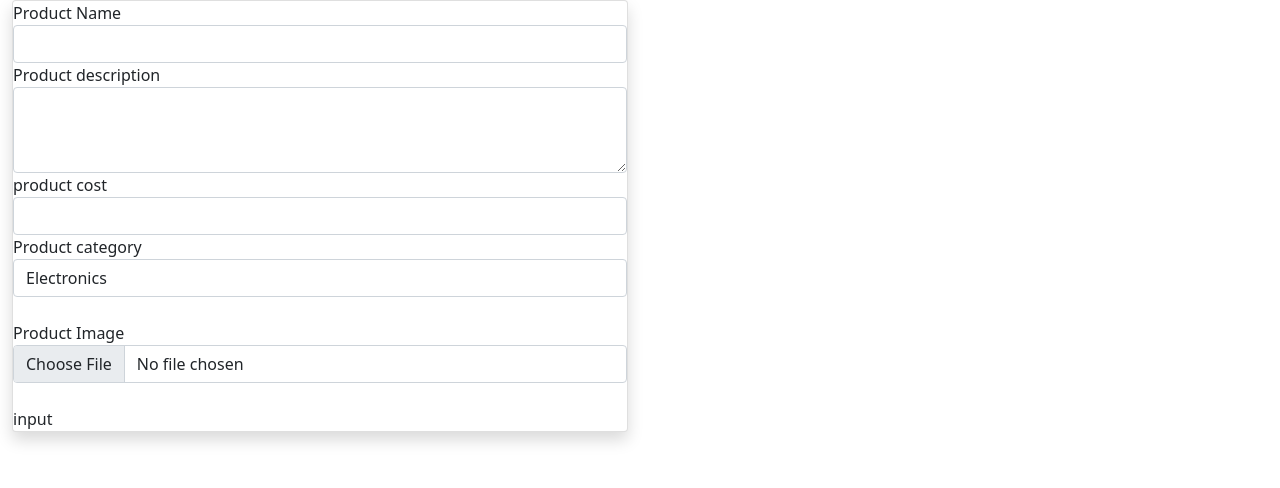
Repository: shanicenaliakanyongesa/Shanice
Page: http://localhost/upload
An editor plug-in stored every save of this project. The page is shown before and after the next save, followed by the edit.
The browser window is 1280 px wide. The pictures show the whole page.
The page is served by the project's application, run on Flask 3 (app.py).

Above is the page before, as saved 2024-02-16 15:04:15.

### Desktop/shaniceflask/templates/upload.html
<!DOCTYPE html>
<html lang="en">
<head>
    <meta charset="UTF-8">
    <meta name="viewport" content="width=device-width, initial-scale=1.0">
    <title>Upload</title>
    <link rel="stylesheet" href="../static/files/css/bootstrap.css">
</head>
<body>
    <div class="container-fluid">
        <section class="row">
            <div class="col-md-6">
                <div class="card shadow">
                    <label for="">Product Name</label>
                    <input type="text" name="product_name" id="" class="form-control" required >
                    <label for="">Product description</label>
                    <textarea name="product_desc" id="" cols="30" rows="3" class="form-control" required></textarea>
                    <label for="">product cost</label>
                    <input type="number" name="product_cost" id="" class="form-control" required>

                    <label for="">Product category</label>
                    <select name="product_category" id="" class="form-control">
                        <option value="Electronics">Electronics</option>
                        <option value="Clothes">Clothes</option>
                        <option value="utensils">utensils</option>
                        <option value="smartphones">Smartphones</option>
                        <option value="others">others</option>
                    </select>
                    <br>
                    <label for="">Product Image</label>
                    <input type="file" name="product_image_name" id="" class="form-control" required>
                    <br>
                    input




                </div>

            </div>

        </section>

    </div>


 </div>
</div>
</body>
</html>

### Desktop/shaniceflask/app.py
from flask import *
import pymysql
app=Flask(__name__)
@app.route('/hello')
def hello():
    return 'hello sokogarden'
@app.route('/about')
def about():
    return 'sokogarden'

@app.route('/home')
def home():
     return render_template ('home.html')
@app.route('/upload', methods=['POST','GET'])
def upload():
    if request.method=='POST':
        product_name=request.form['product_name']
        product_desc=request.form['product_desc']
        product_cost=request.form['product_cost']
        product_category=request.form['product_category']
        product_image_name=request.files['product_image_name']
        product_image_name.save('static/images/' + product_image_name.filename)
     #connecting our database
        connection=pymysql.connect(
        host='localhost', user='root',password='', database='sokogarden'
        )
        cursor=connection.cursor()
        data=(product_name,product_desc,product_cost,product_category,product_image_name.filename)
        sql="insert into products(product_name,product_desc,product_cost,product_category,product_image_name)values(%s,%s,%s,%s,%s)"
        try:
            cursor.execute(sql,data)
            connection.commit()
            return render_template('upload.html', message='Product Added Succesfully')
        except:
            connection.rollback()
            return render_template('upload.html', message='Failed, Try Again Later')
    else:
        return render_template('upload.html', message='Please Add Product Details')




if (__name__) == ('__main__'):
   app.run(debug=True)

Loaded but not shown: Desktop/shaniceflask/static/files/css/bootstrap.css (library)

After the next save:
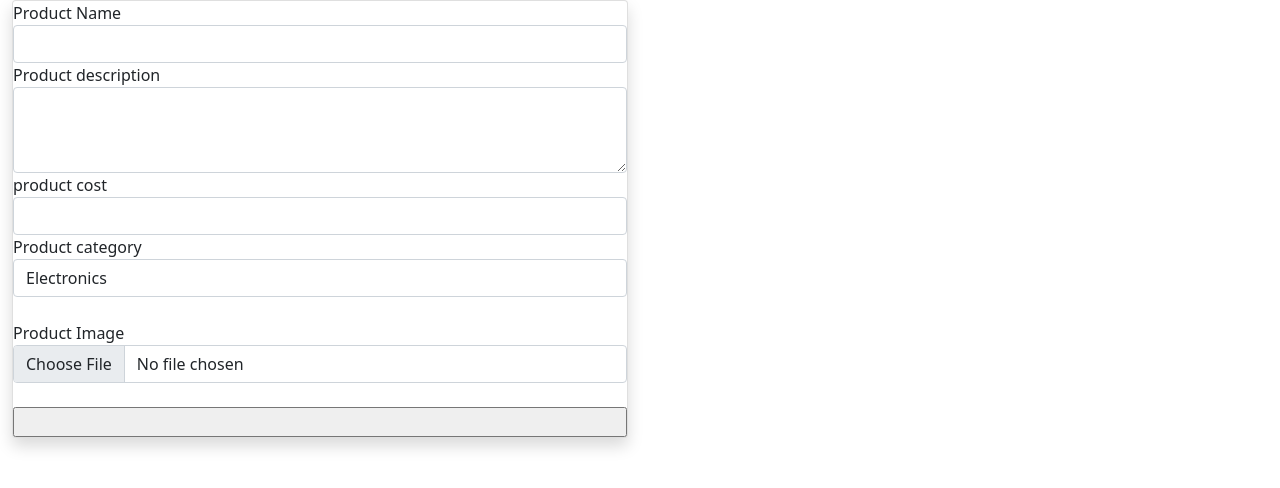
Saved 6 s later.
--- a/Desktop/shaniceflask/templates/upload.html
+++ b/Desktop/shaniceflask/templates/upload.html
@@ -30,7 +30,7 @@
                     <label for="">Product Image</label>
                     <input type="file" name="product_image_name" id="" class="form-control" required>
                     <br>
-                    input
+                    <input type="submit" value="">
 
 
 
